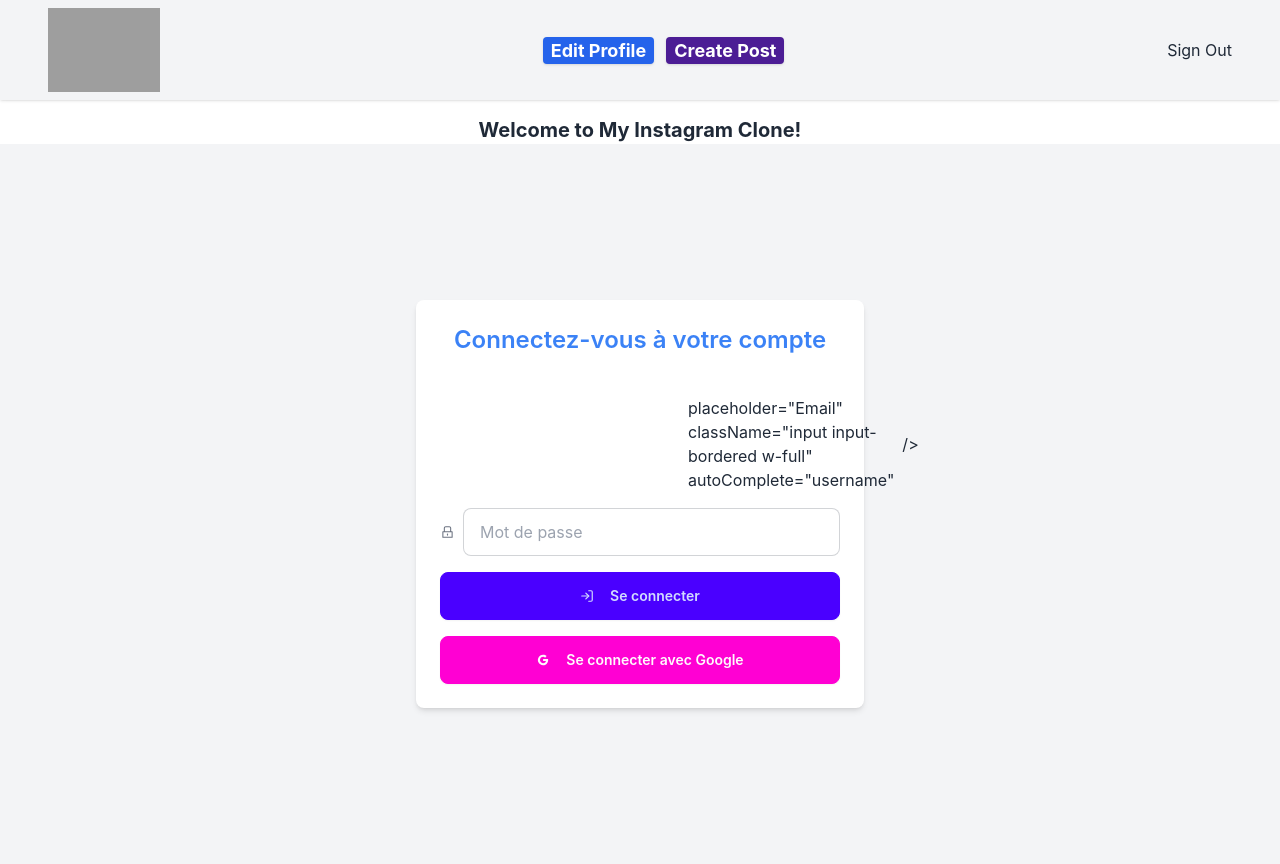
Repository: ossioa/instagrmmanu
Page: /login
An editor plug-in stored every save of this project. The page is shown before and after a run of saves, followed by the edit.
The browser window is 1280 px wide. The pictures show the whole page.
Pictures or frames that could not be fetched are drawn as grey boxes. The page's requests for data from a server got no answer. The project was rebuilt for these pictures with package versions that can differ from the ones it lists, and the page was loaded fresh each time. No one was signed in, and anything a server would have sent is missing. Also part of the build but not shown: src/Components/Auth/Signup.js, src/Components/Common/Layout.jsx, src/Components/Profile/EditProfile.jsx, src/Components/Post/CreatePost.jsx.

Above is the page before, as saved 2024-05-12 00:26:31.

### src/App.js
import React from 'react';
import { BrowserRouter as Router, Routes, Route, Navigate } from 'react-router-dom';
import { AuthProvider } from './contexts/AuthContext';
import Login from './Components/Auth/Login';
import Signup from './Components/Auth/Signup';
import Layout from './Components/Common/Layout';
import EditProfile from './Components/Profile/EditProfile';
import CreatePost from './Components/Post/CreatePost';
//import PrivateRoute from './Components/Common/PrivateRoute';
import Navbar from './Components/Common/Navbar';
import Home from './Home';



function App() {
  return (
    <Router>
      <AuthProvider>
      <Home/>
        <Routes>
          <Route path="/login" element={<Login />} />
          <Route path="/signup" element={<Signup />} />
          <Route path="/" element={
              <Layout>
                <EditProfile />
                <CreatePost />
                <Navbar/>
              </Layout>
          } />
          <Route path="*" element={<Navigate to="/" />} />
        </Routes>
      </AuthProvider>
    </Router>
  );
}

export default App;

### src/contexts/AuthContext.jsx
import React, { createContext, useContext, useState, useEffect } from 'react';
import { auth } from '../config/firebase';
import { onAuthStateChanged } from 'firebase/auth';

const AuthContext = createContext();

export const AuthProvider = ({ children }) => {
  const [user, setUser] = useState(null);
  const [isLoading, setIsLoading] = useState(true); // Track loading state

  useEffect(() => {
    const unsubscribe = onAuthStateChanged(auth, (user) => {
      setUser(user);
      setIsLoading(false); // Update loading state when auth state is resolved
    });

    return () => unsubscribe();
  }, []);

  return (
    <AuthContext.Provider value={{ user, isLoading }}>
      {children}
    </AuthContext.Provider>
  );
};

export const useAuth = () => useContext(AuthContext);

### src/Components/Auth/Login.jsx
import React, { useState } from 'react';
import { auth } from '../../config/firebase';
import { signInWithEmailAndPassword, GoogleAuthProvider, signInWithPopup } from 'firebase/auth';
import { AiOutlineMail, AiOutlineLock, AiOutlineGoogle } from 'react-icons/ai';
import { FiLogIn } from 'react-icons/fi';

const Login = () => {
  const [email, setEmail] = useState('');
  const [password, setPassword] = useState('');

  const handleEmailLogin = async (event) => {
    event.preventDefault();
    try {
      const userCredential = await signInWithEmailAndPassword(auth, email, password);
      console.log('Logged in Successfully:', userCredential.user);
    } catch (error) {
      console.error('Error Logging in:', error);
    }
  };

  const googleSignIn = async () => {
    const provider = new GoogleAuthProvider();
    try {
      const result = await signInWithPopup(auth, provider);
      console.log('Google Sign-In Success', result.user);
    } catch (error) {
      console.error('Google Sign-In Error', error);
    }
  };

  return (
    <div className="flex justify-center items-center min-h-screen bg-gray-100">
      <form onSubmit={handleEmailLogin} className="flex flex-col p-6 space-y-4 bg-white shadow-md rounded-lg max-w-md w-full">
        <h2 className="text-2xl font-semibold text-center mb-6 text-blue-500">Connectez-vous à votre compte</h2>
        <div className="flex items-center space-x-2">

          <input
            type="email"
            value={email}
            onChange={(e) => setEmail(e.target.value)}
            AiOutlineMail className="text-gray-500" />
            placeholder="Email"
            className="input input-bordered w-full"
            autoComplete="username" <AiOutlineMail className="text-gray-500" />
          />
        </div>
        <div className="flex items-center space-x-2">
          <AiOutlineLock className="text-gray-500" />
          <input
            type="password"
            value={password}
            onChange={(e) => setPassword(e.target.value)}
            placeholder="Mot de passe"
            className="input input-bordered w-full"
            autoComplete="current-password"
          />
        </div>
        <button type="submit" className="btn btn-primary w-full flex items-center justify-center">
          <FiLogIn className="mr-2" />
          Se connecter
        </button>
        <button type="button" onClick={googleSignIn} className="btn btn-secondary w-full flex items-center justify-center">
          <AiOutlineGoogle className="mr-2" />
          Se connecter avec Google
        </button>
      </form>
    </div>
  );
};

export default Login;

### src/Components/Common/Navbar.jsx
import React from 'react';
import { Link, useNavigate } from 'react-router-dom';
//import { useAuth } from '../../contexts/AuthContext'; // Adjust the path as necessary
import { auth } from '../../config/firebase'; // Ensure this is correctly imported
import { signOut } from 'firebase/auth';

const Navbar = () => {
  //const { currentUser } = useAuth();
  const navigate = useNavigate(); // Hook to programmatically navigate

  const handleSignOut = async () => {
    try {
      await signOut(auth);  // Firebase sign out
      navigate('/login');   // Redirect to login after sign out
    } catch (error) {
      console.error('Sign out failed', error);
    }
  };

  return (
    <div className='flex justify-between items-center px-12 py-2 bg-gray-100 sticky top-0 z-20 shadow'>
      <div className='flex'>
        <img src='https://pngedits.com/public/uploads/preview/instagram-logo-png-image-download-11617068196c1gb8cm06w.png' alt='logo' className='w-28' />
      </div>
      {/* <Search /> Uncomment this line if the Search component is defined elsewhere */}
      <div className='flex items-center justify-between gap-x-3'>
        <button className='text-white bg-blue-600 hover:bg-green-600 transform transition duration-500 ease-in-out hover:scale-110 font-bold px-2 py-0 shadow rounded text-[18px]'><Link to="/profile/edit">Edit Profile</Link></button>
        <button className='text-white bg-violet-900 hover:bg-yellow-500 transform transition duration-500 ease-in-out hover:scale-110 font-bold px-2 py-0 shadow rounded text-[18px]'><Link to="/post/create">Create Post</Link></button>
      </div>
      <button onClick={handleSignOut} className="hover:text-blue-300 transition duration-200">Sign Out</button>
    </div>
  );
}

export default Navbar;

### src/Home.jsx
import React from 'react';
import Navbar from './Components/Common/Navbar';
import PostList from './Components/Post/PostList';

const Home = () => {
  return (
    <div>
      <Navbar />
      <div className="container mx-auto mt-4">
        <h1 className="text-xl font-bold text-center">Welcome to My Instagram Clone!</h1>
        <PostList />
      </div>
    </div>
  );
};

export default Home;

### src/config/firebase.js
import { initializeApp } from 'firebase/app';
import { getFirestore } from 'firebase/firestore';
import { getAuth } from 'firebase/auth';
import { getStorage } from 'firebase/storage';
import { setPersistence, browserSessionPersistence } from 'firebase/auth';

//Firebase configuration
const firebaseConfig = {
  apiKey: "AIzaSyCRk86K_x3uTYvSoD7edeMJFlYN4vrIYAg",
  authDomain: "instagramclone241.firebaseapp.com",
  projectId: "instagramclone241",
  storageBucket: "instagramclone241.appspot.com",
  messagingSenderId: "567921808959",
  appId: "1:567921808959:web:6ca2bafa2d16ce1749ca8a"
};

// Initialize Firebase
const app = initializeApp(firebaseConfig);

// Initialize the Firebase services
const db = getFirestore(app);
const auth = getAuth(app);
const storage = getStorage(app);

setPersistence(auth, browserSessionPersistence)
  .then(() => {
    console.log("Persistence is set to session-based");
  })
  .catch((error) => {
    console.error("Error setting persistence:", error);
  });

export { db, auth, storage };

### src/Components/Post/PostList.jsx
import React, { useEffect, useState } from 'react';
import { collection, getDocs } from 'firebase/firestore';
import { db } from '../../config/firebase';
import { formatDistanceToNow } from 'date-fns';

const PostList = () => {
  const [posts, setPosts] = useState([]);

  useEffect(() => {
    const fetchPosts = async () => {
      const querySnapshot = await getDocs(collection(db, "posts"));
      const postsData = querySnapshot.docs.map(doc => {
        const data = doc.data();
        return {
          id: doc.id,
          ...data,
          timestamp: data.timestamp ? data.timestamp.toDate() : new Date()
        };
      });
      setPosts(postsData);
    };

    fetchPosts();
  }, []);

  return (
    <div>
      {posts.map(post => (
        <div key={post.id} style={{ marginBottom: '20px' }}>
          <img src={post.photoURL} alt="Post" style={{ width: '100%' }} />
          <p>{post.caption}</p>
          <small>{formatDistanceToNow(post.timestamp)} ago</small>  {/* Affichage du temps écoulé depuis la création du post */}
          <div>
            <button>👍 {post.likes}</button> {/* Bouton pour liker */}
            <span> - {post.comments.length} comments</span> {/* Affichage du nombre de commentaires */}
          </div>
        </div>
      ))}
    </div>
  );
};

export default PostList;

### tailwind.config.js
/** @type {import('tailwindcss').Config} */
module.exports = {
  content: [
    "./src/**/*.{js,jsx,ts,tsx}",
  ],
  theme: {
    extend: {
      animation: {
        'gradient-x':'gradient-x 10s ease infinite',
        'gradient-y':'gradient-y 10s ease infinite'
      },
      keyframes: {
        'gradient-y': {
          '0%, 100%': {
            'background-size':'400% 400%',
            'background-position': 'center top'
          },
          '50%': {
            'background-size':'200% 200%',
            'background-position': 'center center'
          }
        },
        'gradient-x': {
          '0%, 100%': {
            'background-size':'200% 200%',
            'background-position': 'left center'
          },
          '50%': {
            'background-size':'200% 200%',
            'background-position': 'right center'
          }
        }
      }
    },
  },
  plugins: [
    require('daisyui'),
  ],
}

Loaded but not shown: public/index.html (common file); src/index.js (common file); src/index.css (common file)

After the next 4 saves:
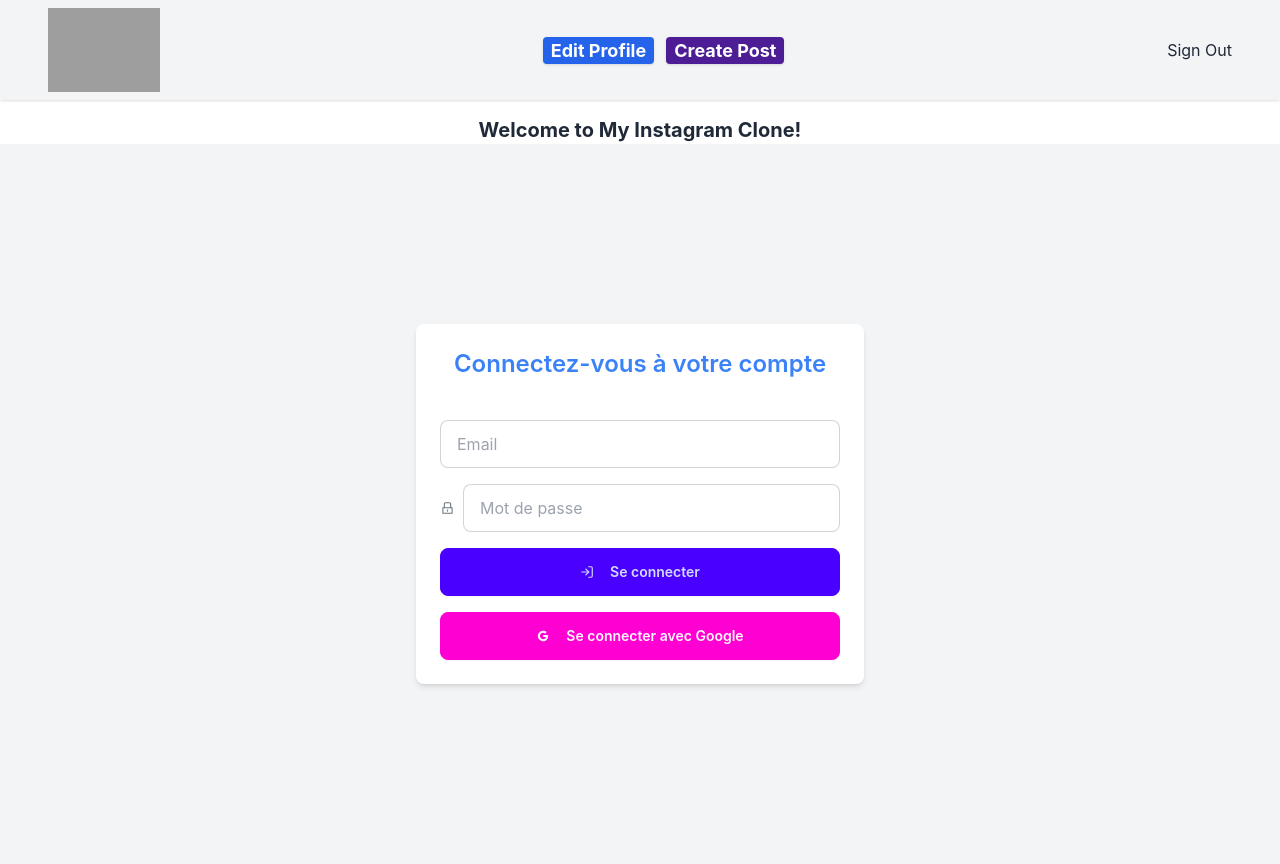
The 4 saves are shown as one change because 1 did not build or start and some came seconds apart.
The last was saved 41 s later.
--- a/src/Components/Auth/Login.jsx
+++ b/src/Components/Auth/Login.jsx
@@ -38,10 +38,10 @@ const Login = () => {
             type="email"
             value={email}
             onChange={(e) => setEmail(e.target.value)}
-            AiOutlineMail className="text-gray-500" />
+            AiOutlineMail
             placeholder="Email"
             className="input input-bordered w-full"
-            autoComplete="username" <AiOutlineMail className="text-gray-500" />
+            autoComplete="username"
           />
         </div>
         <div className="flex items-center space-x-2">
